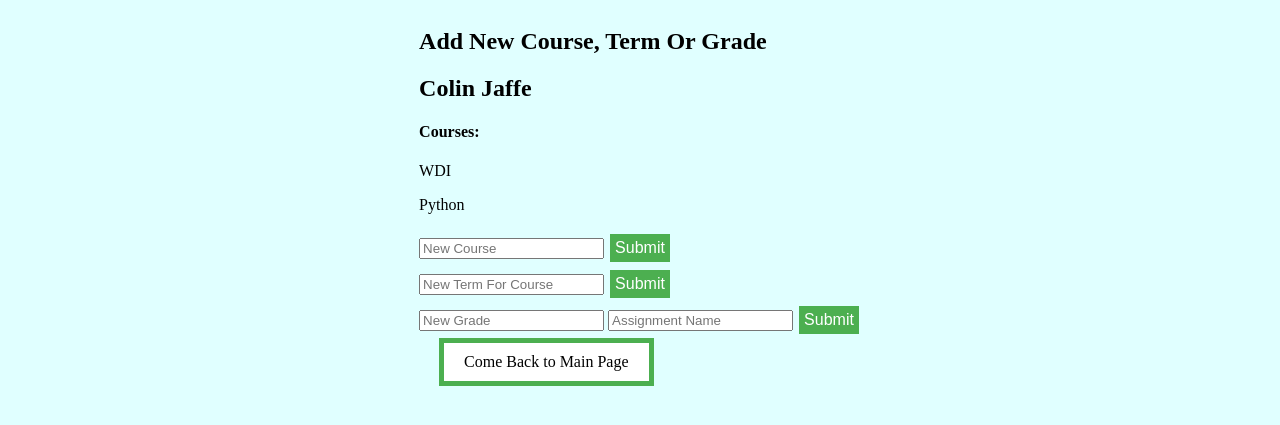
Repository: EdmontDantes/graderaide-ui
Page: add.html
The author's editor kept a copy of each file at every save. The page is drawn from the files as they stood at one save, then again after a run of saves.
The browser window is 1280 px wide. The pictures show the whole page.

Above is the page before, as saved 2020-04-21 15:53:54.

### add.html
<html lang="en">
  <head>
    <title>Graderaide</title>
    <meta charset="UTF-8">
    <meta name="viewport" content="width=device-width, initial-scale=1">
    <link rel="stylesheet" type="text/css" href="style-add.css">
  </head>

  <body>
    <section class="app">
      <h1>Add New Course, Term Or Grade</h1>
      <h2>Colin Jaffe</h1>
      <h4>Courses:</h3>
      <p>WDI</p>
      <p>Python</p>
      <section>
        <!-- <label for="new-course">New Course:</label> -->
        <input type="text" name="new-course" class="new-course" placeholder="New Course">
        <button type="submit" class="submit-new-course">Submit</button>
      </section>
      <section>
        <!-- <label for="new-term">New Term For Course:</label> -->
        <input type="text" name="new-term" class="new-term" placeholder="New Term For Course">
        <button type="submit" class="submit-new-term">Submit</button>
      </section>
      <section>
        <!-- <label for="new-grade">New Grade:</label> -->
        <input type="text" name="new-grade" class="new-grade" placeholder="New Grade">
        <!-- <label for="new-grade-assignment">Assignment Name:</label> -->
        <input type="text" name="new-grade-assignment" class="new-grade-assignment" placeholder="Assignment Name">
        <button type="submit" class="submit-new-grade-assignment">Submit</button>
      </section>

      <div>
        <a href="index.html">Come Back to Main Page</a>
      </div>
    </section>
  </body>
</html>

### style-add.css
@media (min-width: 601px) and (max-width: 1100px);

body {
    background-color: lightcyan;
    display: flex;
    flex-wrap: wrap;
    justify-content: center;
}

button {
    background-color: #4CAF50; /* Green */
    border: none;
    color: white;
    padding: 5px 5px;
    text-align: center;
    text-decoration: none;
    display: inline-block;
    font-size: 16px;
    margin: 4px 2px;
    cursor: pointer;
}

a {
    background-color: white;
    color: black;
    border: 5px solid #4CAF50;
    padding: 10px 20px;
    text-align: center;
    text-decoration: none;
    display: inline-block;
    font-size: 16px;
    margin-left: 20px;
}

After the next 2 saves:
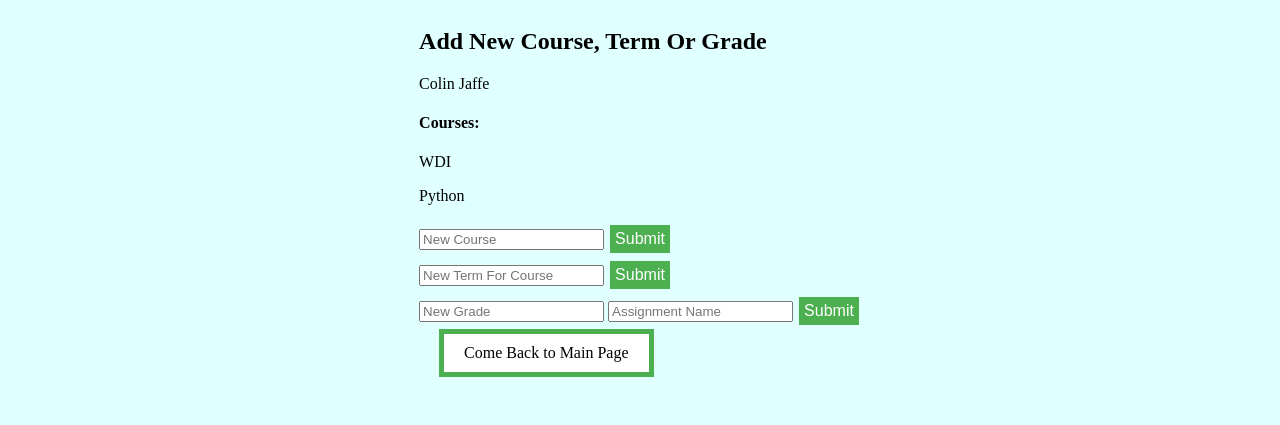
The 2 saves are shown as one change because they came seconds apart.
The last was saved 52 s later.
--- a/add.html
+++ b/add.html
@@ -9,7 +9,7 @@
   <body>
     <section class="app">
       <h1>Add New Course, Term Or Grade</h1>
-      <h2>Colin Jaffe</h1>
+      <div <h2>Colin Jaffe</h1>
       <h4>Courses:</h3>
       <p>WDI</p>
       <p>Python</p>
